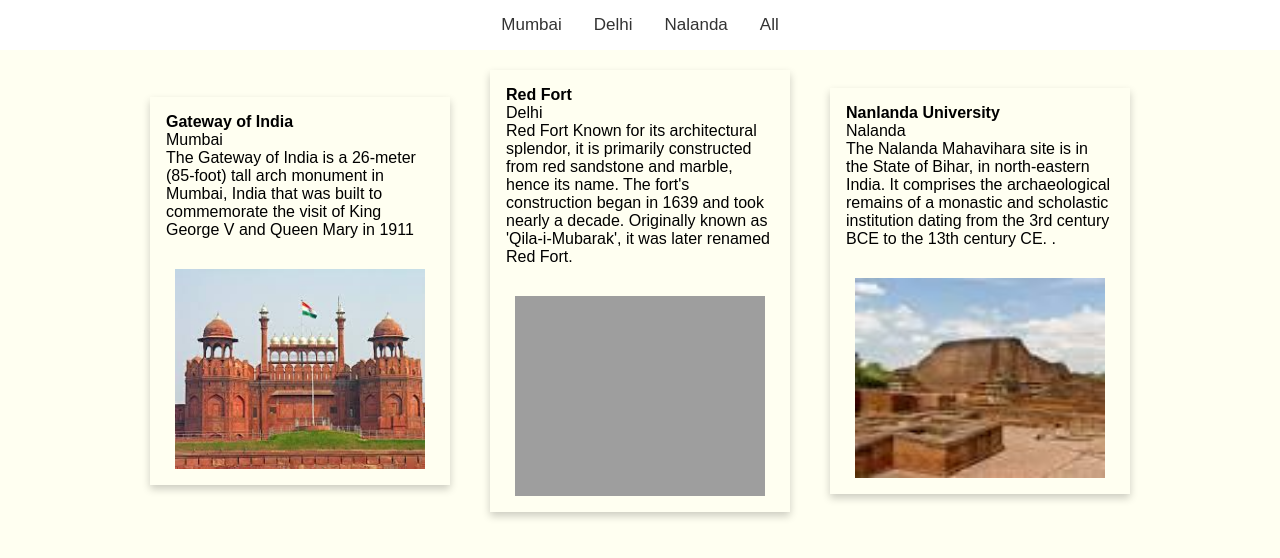
Repository: Muskan1Kumari4draw/React-app-with-concept
Page: /
An editor plug-in stored every save of this project. The page is shown before and after the next save, followed by the edit.
The browser window is 1280 px wide. The pictures show the whole page.
Pictures or frames that could not be fetched are drawn as grey boxes. The project was rebuilt for these pictures with package versions that can differ from the ones it lists, and the page was loaded fresh each time.

Above is the page before, as saved 2024-10-02 11:14:19.

### src/App.js
import React from "react";
// import Restaurant from "./component/Basic/Restaurant";

// import Dropdown from "./component/Basic/Dropdown";
import Restaurant from "./component/Basic/Restaurant";
// import Navbar from "./component/Basic/Navbar";
const App = () => {
  return (
    <>
      <Restaurant />
    </>
  );
};

export default App;

### src/component/Basic/Restaurant.js
import React, { useState } from "react";
import "./style.css";
import Monument from "./Monument";
import data from "./restaurant.json";
import Navbar from "./Navbar";

// const uniqueList = data.map((curElement) => {
//   return curElement.city;
// });
// console.log(uniqueList); //to check the city

// convert into set
// const uniqueList = new Set(
//   data.map((curElement) => {
//     return curElement.city;
//   })
// );
// console.log(uniqueList);

// convert it into array
// const uniqueList = [
//   new Set(
//     data.map((curElement) => {
//       return curElement.city;
//     })
//   ),
// ];
// console.log(uniqueList);
//Use of spread operator
const uniqueList = [
  ...new Set(
    data.map((curElement) => {
      return curElement.city;
    })
  ),
  "All",
];
console.log(uniqueList);

const Restaurant = () => {
  const [monuData, setMonuData] = useState(data);
  const [monuCity, setMonuCity] = useState(uniqueList);

  // console.log(data);
  const filterItem = (city) => {
    if (city === "All") {
      setMonuData(data);
      return;
    }
    const updateList = data.filter((curElement) => {
      return curElement.city === city;
    });
    setMonuData(updateList);
  };
  return (
    <>
      <Navbar filterItem={filterItem} monuCity={monuCity} />

      <Monument monuData={monuData} />
    </>
  );
};

export default Restaurant;

### src/component/Basic/style.css
* {
  margin: 0;
  padding: 0;
  box-sizing: border-box;
}

body {
  /* background: rgb(255, 255, 241); */
  font-family: Arial, sans-serif;
}

/* Navbar Styling */
.navbar {
  margin: auto;
  /* background: #fff; */
  height: 50px;
  box-shadow: 0 4px 8px 0 rgba(0, 0, 0, 0.2);
  display: flex;
  justify-content: center;
  align-items: center;
}

.menu-nav {
  display: flex;
  justify-content: center;
}
.menu-nav button:hover {
  border: 2px solid rgba(0, 0, 0, 0.2);
}
.container .city {
  color: rgb(49, 22, 22);
  font-size: 18px;
}
.navbar button {
  color: #333;
  border: none;
  background: white;
  text-align: center;
  padding: 14px 16px;
  text-decoration: none;
  font-size: 17px;
  margin: auto;
}

/* Card Styling */
.card {
  box-shadow: 0 4px 8px 0 rgba(0, 0, 0, 0.2);
  transition: 0.3s;
  width: 400px;
  height: 400px;
  margin: 20px;
}

.card:hover {
  box-shadow: 0 8px 16px 0 rgba(0, 0, 0, 0.2);
}

.container {
  padding: 16px;
}

.container img {
  width: 100%;
  height: auto;
  display: block;
}

.section-div {
  display: flex;
  flex-wrap: wrap;
  justify-content: center;
  background: rgb(255, 255, 241);
  align-items: center;
}

/* Responsive Media Queries */
@media screen and (max-width: 768px) {
  /* Stack the navbar links vertically on small screens */
  .navbar {
    flex-direction: column;
    height: auto;
  }

  .menu-nav {
    flex-direction: column;
  }

  .navbar button {
    padding: 10px;

    font-size: 15px;
    margin: 5px 0;
  }
  .menu-nav {
    display: flex;
    gap: 2;
  }
  .menu-nav button {
    background-color: yellow;
    color: #333;
    border: none;
    margin: 5px;
  }
  /* Adjust card layout on small screens */
  .card {
    width: 90%;
    margin: 10px;
  }

  /* Adjust font size and padding */
  .container {
    padding: 10px;
  }
}

@media screen and (max-width: 480px) {
  /* Further adjustments for very small screens */
  .navbar a {
    font-size: 14px;
    padding: 8px;
  }

  .card {
    width: 100%;
    margin: 10px;
  }

  .container h4 {
    font-size: 18px;
  }

  .container p {
    font-size: 14px;
  }
}
* {
  margin: 0;
  padding: 0;
  box-sizing: border-box;
}

body {
  background: rgb(255, 255, 241);
  font-family: Arial, sans-serif;
}

/* Navbar Styling */
.navbar {
  margin: auto;
  background: #fff;
  height: 50px;
  box-shadow: 0 4px 8px 0 rgba(0, 0, 0, 0.2);
  display: flex;
  justify-content: center;
  align-items: center;
}

.menu-nav {
  display: flex;
  justify-content: center;
}

.navbar a {
  color: #333;
  text-align: center;
  padding: 14px 16px;
  text-decoration: none;
  font-size: 17px;
  margin: auto;
}

/* Card Styling */
.card {
  box-shadow: 0 4px 8px 0 rgba(0, 0, 0, 0.2);
  transition: 0.3s;
  width: 300px;
  height: auto;
  margin: 20px;
}

.card:hover {
  box-shadow: 0 8px 16px 0 rgba(0, 0, 0, 0.2);
}

.container {
  padding: 16px;
}

.container img {
  margin: auto;
  width: 250px;
  margin-top: 30px;
  height: 200px;
  display: block;
}

.section-div {
  display: flex;
  flex-wrap: wrap;
  justify-content: center;
  align-items: center;
}

/* Responsive Media Queries */
@media screen and (max-width: 768px) {
  /* Stack the navbar links vertically on small screens */
  .navbar {
    flex-direction: column;
    height: auto;
  }

  .menu-nav {
    flex-direction: column;
  }

  .navbar a {
    padding: 10px;
    font-size: 15px;
    margin: 5px 0;
  }

  /* Adjust card layout on small screens */
  .card {
    width: 90%;
    margin: 10px;
  }

  /* Adjust font size and padding */
  .container {
    padding: 10px;
  }
}

@media screen and (max-width: 480px) {
  /* Further adjustments for very small screens */
  .navbar a {
    font-size: 14px;
    padding: 8px;
  }

  .card {
    width: 100%;
    margin: 10px;
  }

  .container h4 {
    font-size: 18px;
  }

  .container p {
    font-size: 14px;
  }
}

### src/component/Basic/Monument.js
import React from "react";

const Monument = ({ monuData }) => {
  return (
    <>
      <section className="section-div">
        {monuData.map((curElement) => {
          // destructuring
          const { Id, city, Monuments, Description, Image } = curElement;
          return (
            <div className="card" key={Id}>
              <div className="container">
                <span className="card-title">
                  <b>{Monuments}</b>
                </span>
                <div classname="city">{city}</div>
                <p className="description">{Description}</p>
                <img alt="" src={Image} width="100%" height="50%" />
              </div>
            </div>
          );
        })}
      </section>
    </>
  );
};

export default Monument;

### src/component/Basic/restaurant.json
[
  {
    "Id": 1,
    "city": "Mumbai",
    "Monuments": "Gateway of India",
    "Description": "The Gateway of India is a 26-meter (85-foot) tall arch monument in Mumbai, India that was built to commemorate the visit of King George V and Queen Mary in 1911",
    "Image": "/Image/red fort.jpeg"
  },

  {
    "Id": 2,
    "city": "Delhi",
    "Monuments": "Red Fort",
    "Description": "Red Fort Known for its architectural splendor, it is primarily constructed from red sandstone and marble, hence its name. The fort's construction began in 1639 and took nearly a decade. Originally known as 'Qila-i-Mubarak', it was later renamed Red Fort.",
    "Image": "/Image/gateway of india.jpeg"
  },

  {
    "Id": 3,
    "city": "Nalanda",
    "Monuments": "Nanlanda University",
    "Description": "The Nalanda Mahavihara site is in the State of Bihar, in north-eastern India. It comprises the archaeological remains of a monastic and scholastic institution dating from the 3rd century BCE to the 13th century CE. .",
    "Image": "/Image/NAlanda.jpeg"
  }
]

### src/component/Basic/Navbar.js
import React from "react";

const Navbar = ({ filterItem, monuCity }) => {
  return (
    <>
      <div className="navbar-bg">
        <nav className="navbar">
          <div className="menu-nav">
            {monuCity.map((curElement) => {
              return (
                <button onClick={() => filterItem(curElement)}>
                  {curElement}
                </button>
              );
            })}
          </div>
        </nav>
      </div>
    </>
  );
};

export default Navbar;

Loaded but not shown: public/index.html (common file); src/index.js (common file); src/reportWebVitals.js (common file)

After the next save:
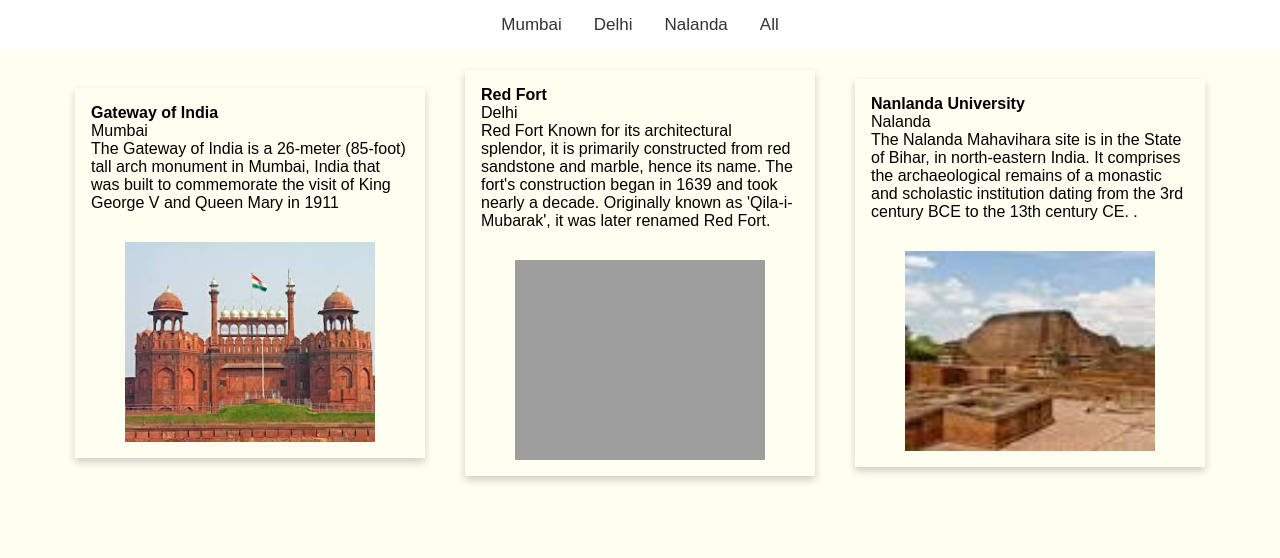
Saved 39 s later.
--- a/src/component/Basic/style.css
+++ b/src/component/Basic/style.css
@@ -173,7 +173,7 @@ body {
 .card {
   box-shadow: 0 4px 8px 0 rgba(0, 0, 0, 0.2);
   transition: 0.3s;
-  width: 300px;
+  width: 350px;
   height: auto;
   margin: 20px;
 }
